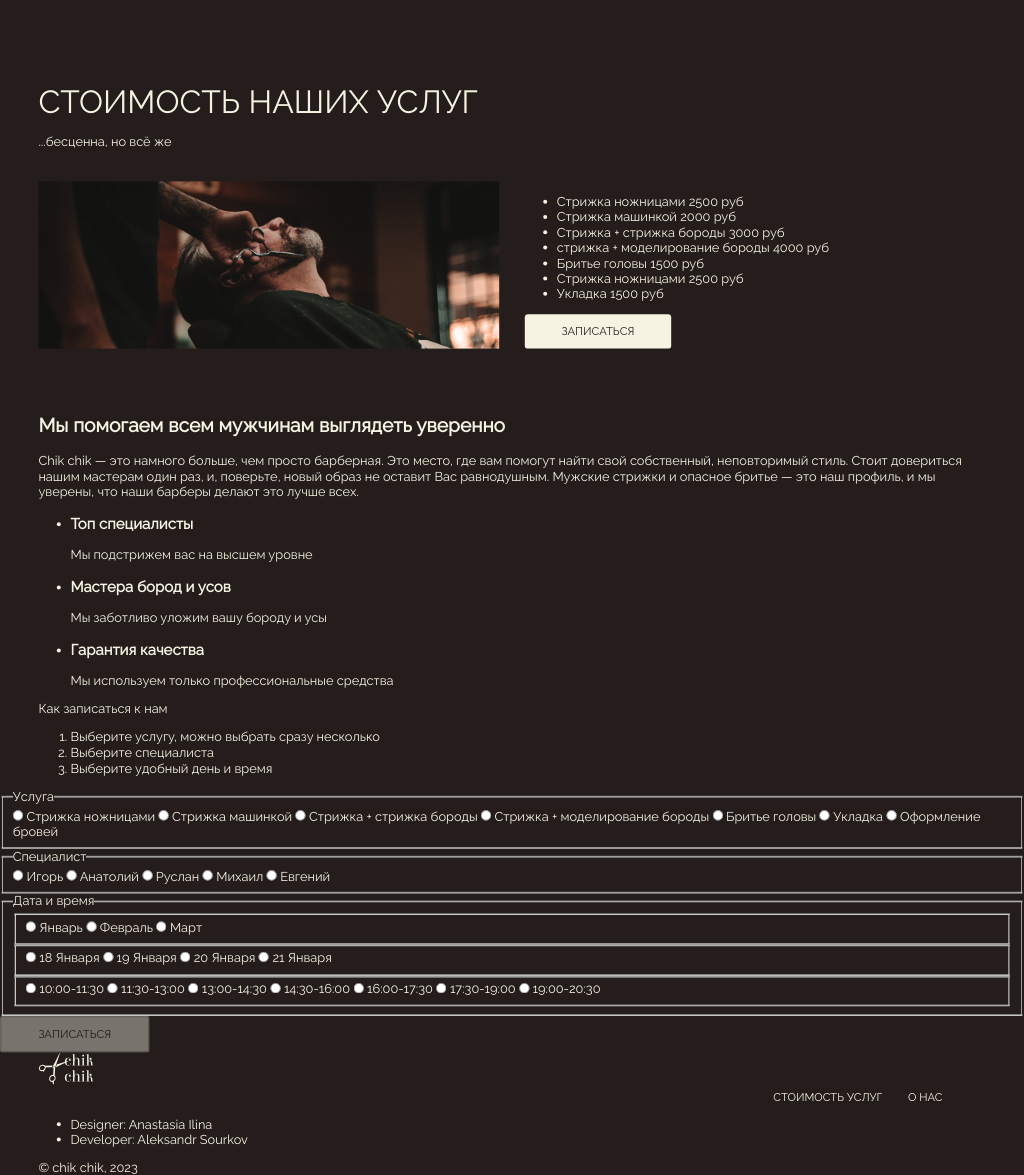
Repository: alexboagreek/chick-chick
Page: index.html
These files come from the project's save history. The page is drawn as it stood at one moment and after a run of saves; the edit follows.
The browser window is 1280 px wide. The pictures show the part of the page from y = 646 to 2115 px (the page is 2115 px tall), at 80% of full size.
A picture or video elsewhere on the page could not be fetched, so the positions and the page height are approximate.

Above is the page before, as saved 2023-01-18 17:29:57.

After the next 5 saves:
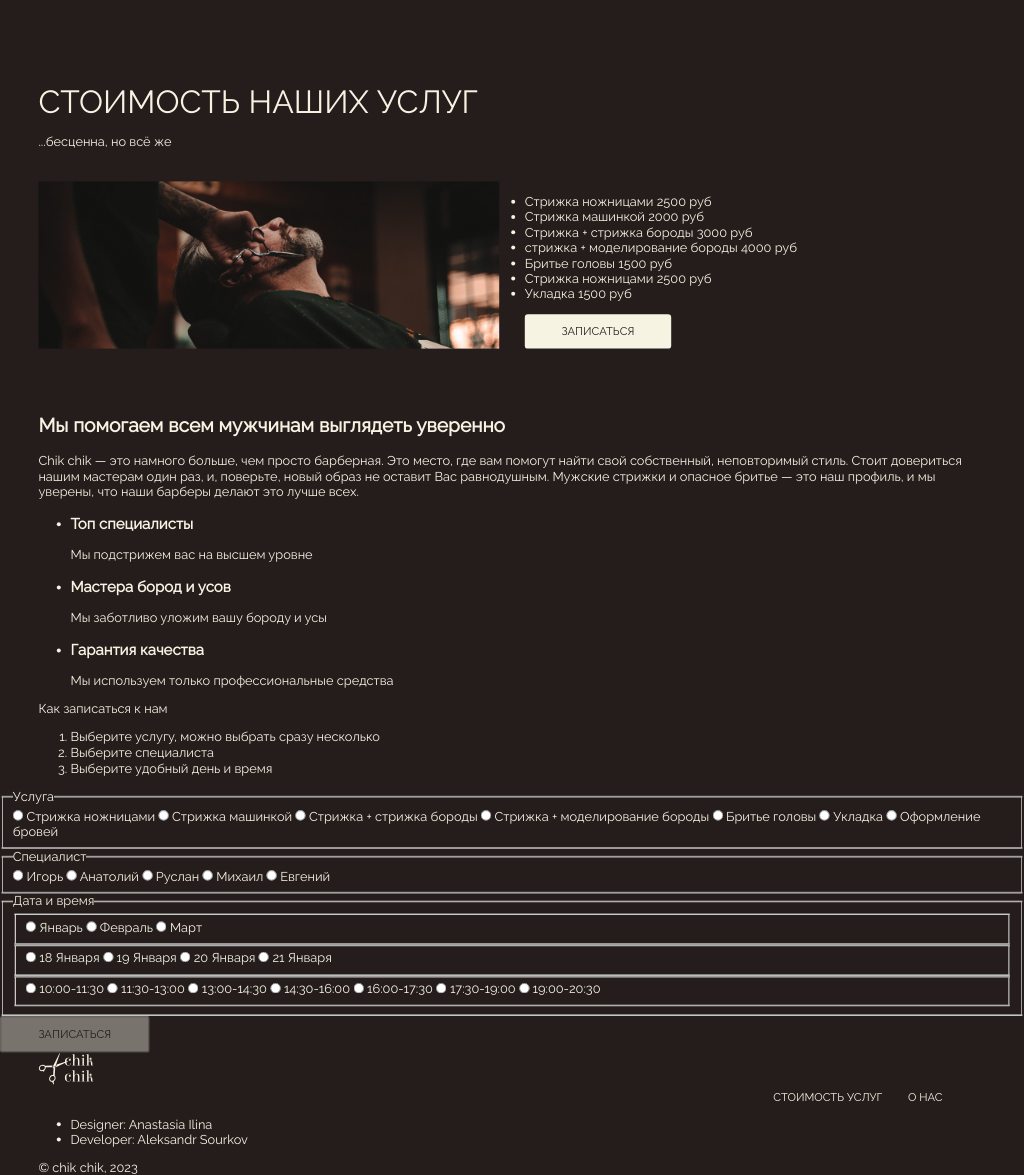
The 5 saves are shown as one change because they came seconds apart.
The last was saved 55 s later.
--- a/styles/price.css
+++ b/styles/price.css
@@ -30,6 +30,10 @@
     flex-basis: 50%;
 }
 
+.price__list {
+    padding: 0;
+}
+
 @media (max-width: 768px) {
     .price {
         padding: 62px 0;
